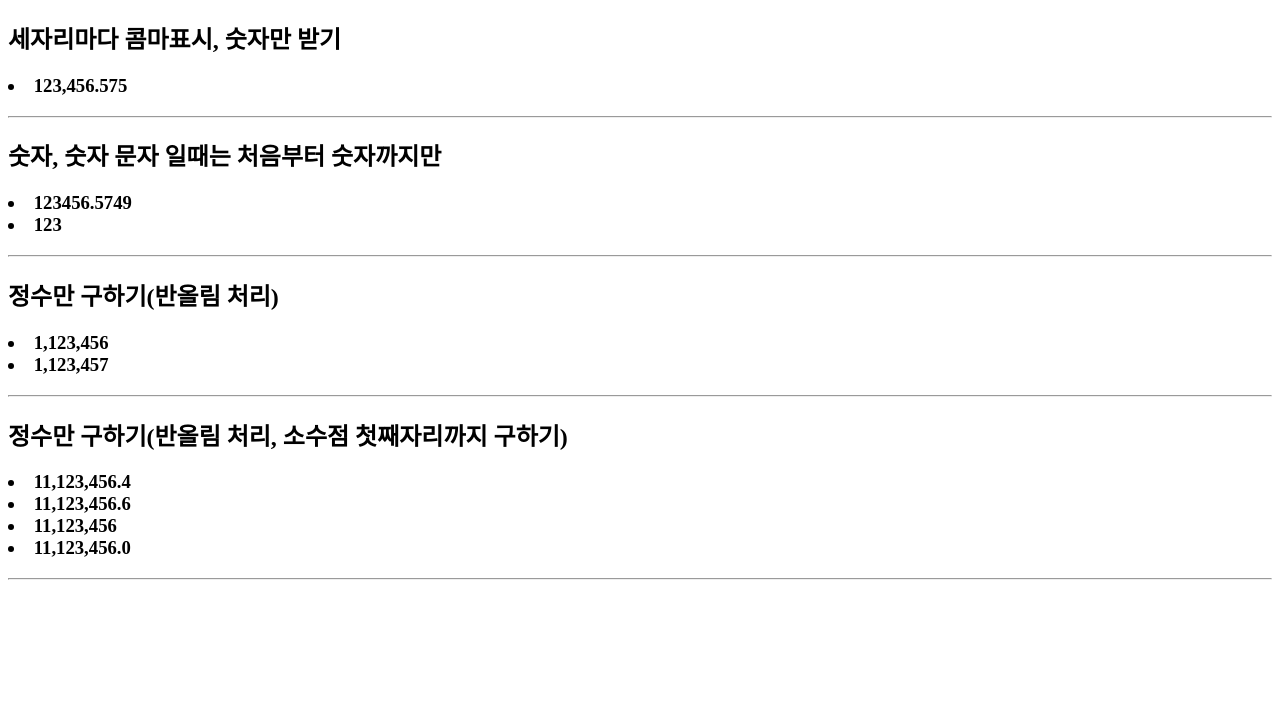
Repository: hagjun/jspstudy
Page: http://localhost/01_servlet/jsp/ex10_jstl.jsp
The author's editor kept a copy of each file at every save. The page is drawn from the files as they stood at one save, then again after the next save.
The browser window is 1280 px wide. The pictures show the whole page.
The page is served by Tomcat 9.

Above is the page before, as saved 2024-03-07 03:58:46.

After the next save:
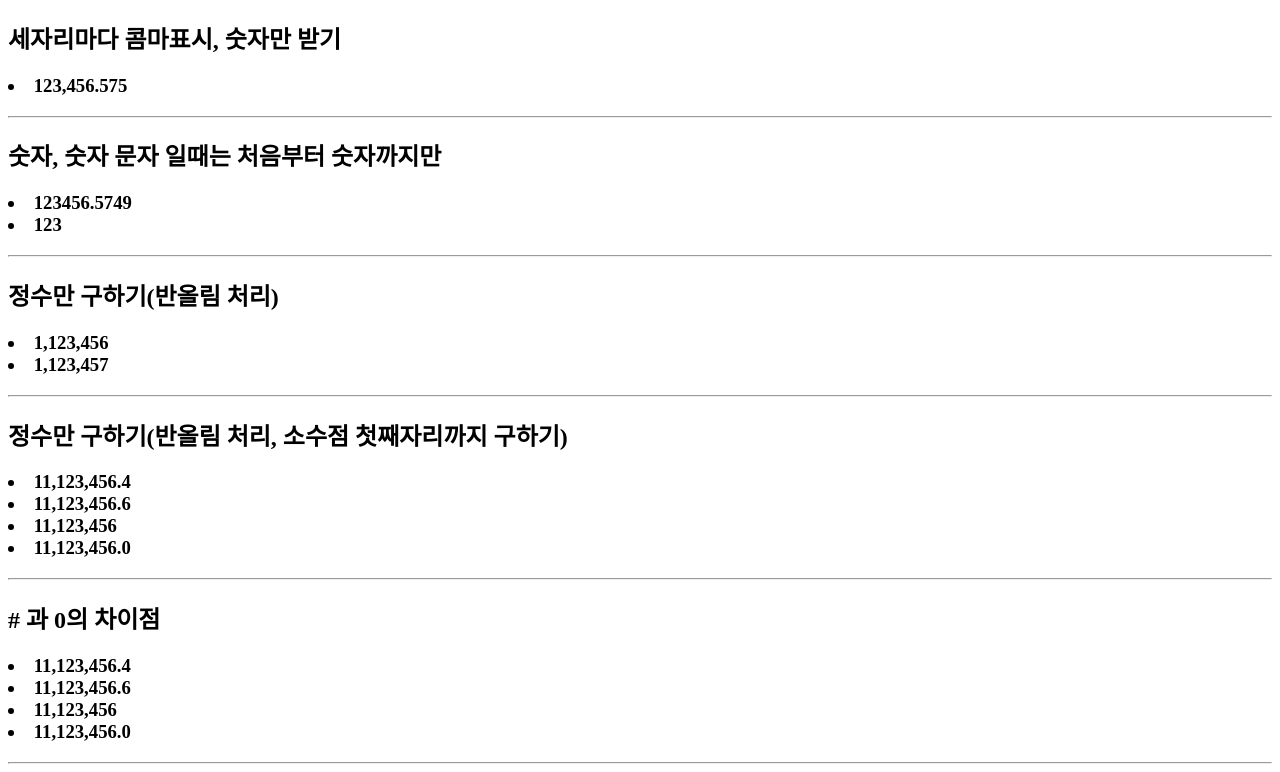
Saved 24 s later.
--- a/01_servlet/src/main/webapp/jsp/ex10_jstl.jsp
+++ b/01_servlet/src/main/webapp/jsp/ex10_jstl.jsp
@@ -40,5 +40,14 @@
 		<li><fmt:formatNumber value="11123456" pattern="#,###.0"/></li>
 	</h3>
 	<hr>
+
+	<h2># 과 0의 차이점</h2>
+	<h3>
+		<li><fmt:formatNumber value="11123456.4449" pattern="#,###.#"/></li>
+		<li><fmt:formatNumber value="11123456.5749" pattern="#,###.#"/></li>
+		<li><fmt:formatNumber value="11123456" pattern="#,###.#"/></li>
+		<li><fmt:formatNumber value="11123456" pattern="#,###.0"/></li>
+	</h3>
+	<hr>
 </body>
 </html>
